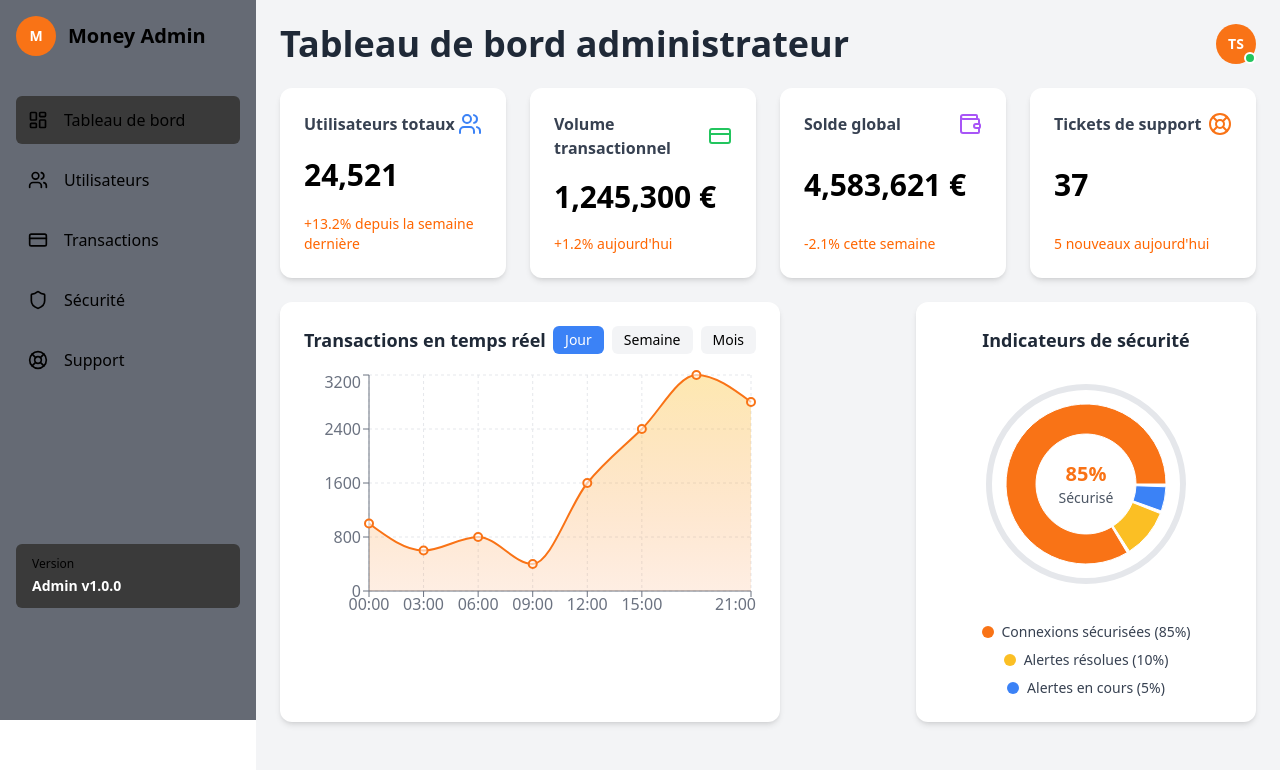
Repository: Edongo999/Dashboard
Page: /
An editor plug-in stored every save of this project. The page is shown before and after the next save, followed by the edit.
The browser window is 1280 px wide. The pictures show the whole page.
The project was rebuilt for these pictures with package versions that can differ from the ones it lists, and the page was loaded fresh each time. Also part of the build but not shown: vite.config.ts.

Above is the page before, as saved 2025-10-13 15:22:31.

After the next save:
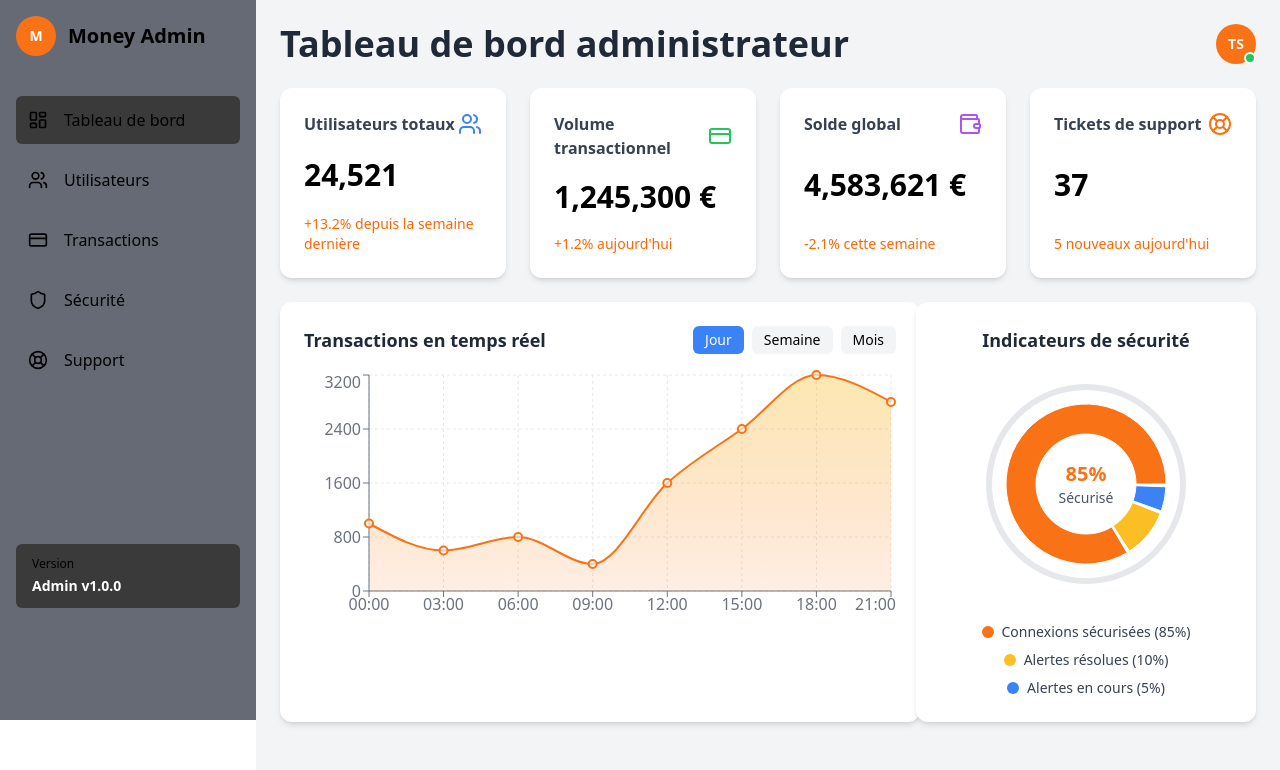
Saved 111 s later.
--- a/src/components/RealtimeChart.tsx
+++ b/src/components/RealtimeChart.tsx
@@ -41,7 +41,7 @@ const RealtimeChart = () => {
   const [view, setView] = useState<"jour" | "semaine" | "mois">("jour")
 
   return (
-    <div className="bg-white rounded-[12px] shadow-md p-6 w-[500px]">
+    <div className="bg-white rounded-[12px] shadow-md p-6 w-[640px]">
       <div className="flex items-center justify-between mb-4">
         <h2 className="text-lg font-semibold text-gray-800">Transactions en temps réel</h2>
         <div className="flex gap-2">
